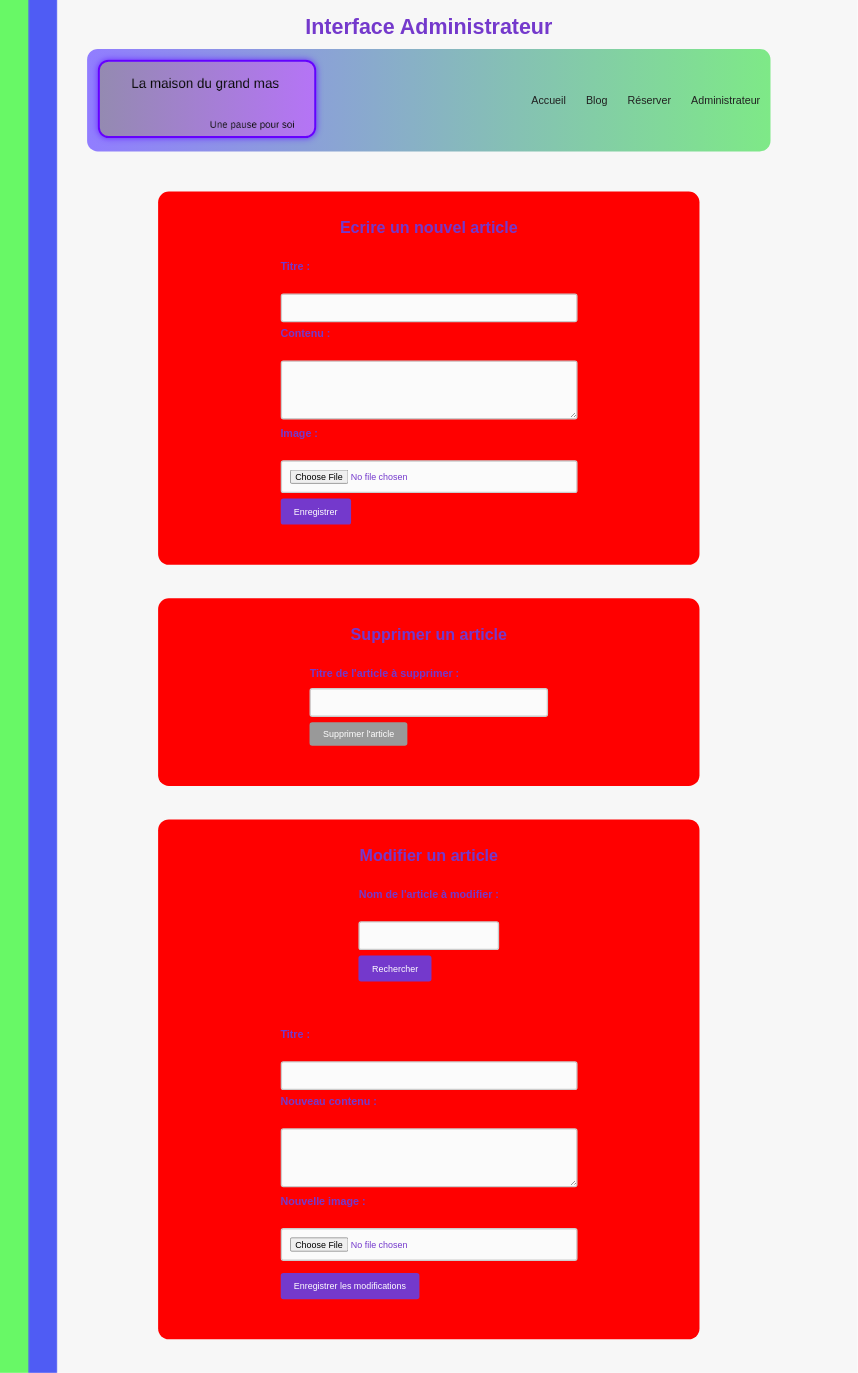
Repository: Crosnierpaul/Les_Rangers_de_Pouvoir
Page: http://localhost/adminBlog
These files come from the project's save history. The page is drawn as it stood at one moment and after a run of saves; the edit follows.
The browser window is 1280 px wide. The pictures show the whole page, at 67% of full size.
Backgrounds fixed to the window are drawn as part of the page. The page is served by the project's Node server (site/server.js). Other server files are loaded and not shown.

Above is the page before, as saved 2024-05-07 16:59:25.

### site/public/views/blogAdmin.ejs
<!DOCTYPE html>
<html lang="fr">
<head>
    <meta charset="UTF-8">
    <meta name="viewport" content="width=device-width, initial-scale=1.0">
    <title>Interface Administrateur</title>
    <link rel="stylesheet" href="/css/style.css">
    <link rel="stylesheet" href="/css/blogAdmin.css">
    <!-- Utilisation du chemin absolu pour le fichier CSS -->
</head>
<body>
        <h1>Interface Administrateur</h1>
        <%- include('navbarAdmin') %>


    <section class="containerBlog">
        <h2>Ecrire un nouvel article</h2>
        <form id="articleForm">
            <label for="title">Titre :</label><br>
            <input type="text" id="title" name="title" required><br>
            <label for="content">Contenu :</label><br>
            <textarea id="content" name="content" rows="4" cols="50" required></textarea><br>
            <label for="image">Image :</label><br>
            <input type="file" id="image" name="image"><br>
            <input type="submit" value="Enregistrer">
        </form>
    </section>

    <section class="containerBlog">
        <h2>Supprimer un article</h2>
         <form id="deleteArticleForm">
            <label for="articleTitleToDelete">Titre de l'article à supprimer :</label>
            <input type="text" id="articleTitleToDelete" name="articleTitleToDelete">
            <button type="submit">Supprimer l'article</button>
        </form>
    </section>

    <section class="containerBlog">
        <h2>Modifier un article</h2>
        <form id="searchArticleForm">
            <label for="searchTitle">Nom de l'article à modifier :</label><br>
            <input type="text" id="searchTitle" name="searchTitle" required><br>
            <input type="submit" value="Rechercher">
        </form>

        <form id="editArticleForm">
            <label for="editTitle">Titre :</label><br>
            <input type="text" id="editTitle" name="editTitle" readonly required><br>
            <label for="editContent">Nouveau contenu :</label><br>
            <textarea id="editContent" name="editContent" rows="4" cols="50" required></textarea><br>
            <label for="editImage">Nouvelle image :</label><br>
            <input type="file" id="editImage" name="editImage"><br>
            <input type="submit" value="Enregistrer les modifications" id="saveChanges">
        </form>
    </section>
</>

    <script src="/js/blogAdmin.js"></script> <!-- Utilisation du chemin absolu pour le fichier JavaScript -->
</body>
</html>

### site/public/views/navbarAdmin.ejs
<!DOCTYPE html>
<html lang="fr">
<head>
    <meta charset="UTF-8">
    <meta name="viewport" content="width=device-width, initial-scale=1.0">
    <title>Navbar</title>
    <link href="/css/navbar.css" rel="stylesheet">
</head>
<body>
    <header>
        <nav class="navbar navbar-expand-md navbar-light">
            <div class="container">
                <!-- Ajouter le bouton de bascule pour les petits écrans
                <button class="navbar-toggler" type="button" data-toggle="collapse" data-target="#navbarSupportedContent" aria-controls="navbarSupportedContent" aria-expanded="false" aria-label="Toggle navigation">
                    <span class="navbar-toggler-icon"></span>
                </button> -->
                <div class="collapse navbar-collapse justify-content-center" id="navbarSupportedContent">
                    <ul class="navbar-nav d-flex justify-content-start">
                        <li id="liLogo">
                            <img id="logo" src="/images/logo.png"/>
                        </li>
                        <li class="nav-item">
                            <a class="nav-link" href="/">Accueil</a>
                        </li>
                        <li class="nav-item">
                            <a class="nav-link" href="/blog">Blog</a>
                        </li>
                        <li class="nav-item">
                            <a class="nav-link" href="/entretien">Réserver</a>
                        </li>
                        <li class="nav-item">
                            <a class="nav-link" href="/admin">Administrateur</a>
                        </li>
                        </ul>
                    </div>
                </div>
            </div>
        </nav>
    </header>

    <!-- Inclure jQuery (requis pour Bootstrap JavaScript)
    <script src="https://ajax.googleapis.com/ajax/libs/jquery/3.5.1/jquery.min.js"></script>
    Inclure Bootstrap JavaScript
    <script src="https://stackpath.bootstrapcdn.com/bootstrap/4.5.2/js/bootstrap.bundle.min.js"></script> -->
</body>
</html>

<script>
    // Attendez que le DOM soit chargé
    document.addEventListener("DOMContentLoaded", function() {
        // Récupérez l'URL de la page actuelle
        var currentLocation = window.location.href.substring("http://localhost:3000".length);

        // Sélectionnez tous les liens de la navbar
        var navLinks = document.querySelectorAll('.navbar-nav .nav-item');

        // Parcourez chaque lien pour vérifier s'il correspond à la page active
        navLinks.forEach(function(navItem) {
            var link = navItem.querySelector('.nav-link');
            var linkHref = link.getAttribute('href');

            // Vérifiez si l'URL de la page actuelle correspond à l'URL du lien dans la navbar
            if (currentLocation === linkHref) {
                // Ajoutez la classe 'active' à l'élément parent (li) correspondant
                navItem.classList.add('active');
            }
        });
    });
</script>

### site/public/css/style.css

body {
    font-family: Arial, sans-serif;
    margin: 20px;
    padding: 0;
    background-image: url(../images/layered-waves-haikei.png);
    background-size: cover;
    background-repeat: no-repeat;
    background-attachment: fixed;
}

h1, h2 {
    text-align: center;
    margin-bottom: 5px;
    color: #7439cc;
}


form {
    margin-bottom: 30px;
}

label {
    display: block;
    margin-bottom: 5px;
    color: #7439cc;
}

input[type="text"],
textarea,
input[type="file"] {
    width: 100%;
    padding: 10px;
    margin-bottom: 15px;
    border: 1px solid #191919;
    border-radius: 4px;
    box-sizing: border-box;
    background-color: #fbfbfb;
    color: #7439cc;
}

input[type="submit"],
button[type="submit"] {
    display: inline-block;
    background-color: #999;
    color: #fff;
    padding: 10px 20px;
    margin-bottom: 10px;
    border: none;
    border-radius: 4px;
    cursor: pointer;
}

input[type="submit"]:hover,
button[type="submit"]:hover {
    background-color: #ccc;
    color: #333;
}

#clearArticles,
#deleteArticle {
    margin-right: 10px;
}

@media (max-width: 480px) {
    #deleteArticle,
    #deleteLastArticle {
        width: 100%;
        display: block;
        margin-right: 0;
    }
}

#articlesList {
    background-color: #333;
}

/*------------------------- CONTAINER ET INFOS INFOS ACCUEIL ---------------------------------------------*/

.bordertitle {
    border-bottom: 4px solid #e9de02;
    border-top: 4px solid #e9de02;
    box-shadow: #e9de024e -5px 5px, rgba(240, 46, 170, 0.3) -10px 10px, rgba(240, 46, 170, 0.2) -15px 15px, rgba(240, 46, 170, 0.1) -20px 20px, rgba(240, 46, 170, 0.05) -25px 25px;
}


.containerindex {
    display: flex;
    flex-direction: column;
    min-width: 40em;
    max-width: 120em;
    align-items: center;
    border-radius: 48px 10px 46px 10px;
    -webkit-border-radius: 48px 10px 46px 10px;
    -moz-border-radius: 48px 10px 46px 10px;
    background-image: url(../images/blob-scene-haikei.png);
    background-repeat: no-repeat;
    background-size: cover;
}
.row {
    display: flex;
    justify-content: center; /* Espacement égal entre les éléments */
    width: 100%;
}

.card {
    --background: linear-gradient(to left, #7439cc 0%, #1ae42b 100%);
    max-width: 100%;
    max-height: 100%;
    padding: 5px;
    border-radius: 1rem;
    overflow: visible;
    background: #f7ba2b;
    background: var(--background);
    position: relative;
    z-index: 1;
    margin: 20px;
    margin-top: 15px;
}

.card::after {
    position: absolute;
    content: "";
    top: 30px;
    left: 0;
    right: 0;
    z-index: -1;
    height: 100%;
    width: 100%;
    transform: scale(0.8);
    filter: blur(25px);
    background: #f7ba2b;
    background: var(--background);
    transition: opacity .5s;
}

.card-info {
    --color: #f4f4f4;
    background: var(--color);
    color: var(--color);
    display: flex;
    flex-direction: column; /* Affichage en colonnes */
    justify-content: center;
    align-items: center;
    width: 100%;
    height: 100%;
    overflow: visible;
    border-radius: .7rem;
}

.card .title {
    font-weight: bold;
}

/*Hover*/
.card:hover::after {
    opacity: 0;
}

.card:hover .card-info {
    color: #f7ba2b;
    transition: color 1s;
}

/* Ajouter un espace de 25px entre les deux cartes du haut */
.row:first-child .col-6 {
    margin-right: 25px;
}

/* Centrer la carte du bas */
.row:last-child {
    justify-content: center;
}

.row {
    display: flex;
    justify-content: center;
    width: 100%;
    flex-direction: row;
    flex-wrap: nowrap;
    align-content: center;
    align-items: center;
}


/*------------------------- ONEPAGE ---------------------------------------------*/

body {
    font-family: Arial, sans-serif;
    margin: 0;
    padding: 0;
    box-sizing: border-box;
    overflow-x: hidden; /* Empêche le défilement horizontal d'apparaître */
}

.navbarHori {
    position: fixed;
    top: 50%; /* Positionne la barre de navigation à 50% du haut de la fenêtre */
    transform: translateY(-50%); /* Déplace la barre de navigation vers le haut de moitié de sa propre hauteur */
    right: 10px; /* Ajoute un espace à droite pour éviter le chevauchement avec la barre de défilement */
    width: 20px; /* Largeur réduite de la barre de navigation */
    height: calc(100vh - 50vh); /* Hauteur de la barre de navigation (100% de la hauteur moins 50% de la hauteur) */
    background-color: rgb(156, 255, 164);
    display: flex;
    flex-direction: column;
    align-items: center;
    justify-content: center;
    border-radius: 15px;
    opacity: 0.2; /* Définit l'opacité initiale à 0 (invisible) */
    transition: opacity 0.3s ease; /* Ajoute une transition sur l'opacité */
}

.navbarHori:hover {
    opacity: 1; /* Rend la barre de navigation visible au survol */
}

.navbarHori a {
    text-decoration: none;
    margin-bottom: 18px; /* Réduit légèrement l'espacement entre les points */
    width: 10px; /* Largeur réduite du point */
    height: 10px; /* Hauteur réduite du point */
    border-radius: 50%; /* Pour rendre le point rond */
    background-color: #fff;
    display: flex;
    align-items: center;
    justify-content: center;
    transition: transform 0.2s ease; /* Ajoute une transition sur la propriété transform */
}

.navbarHori a:hover {
    transform: scale(0.9); /* Réduit légèrement la taille du point au survol */
}

.navbarHori a:active {
    transform: scale(0.8); /* Réduit davantage la taille du point lorsque pressé */
    /* background-color: #666; /* Change la couleur de fond du point lorsque pressé */
    opacity: 0;
}

.baniere {
    display: flex;
    flex-direction: column;
    align-items: center;
    justify-content: center;
    padding: 50px;
    margin: 1em;
    background-image: url(https://www.barnes-international.com/images/titres_personnalises/-titre-lhYBl.jpg);
    height: 60vh;
    border-radius: 1em;
}

.section {
    display: flex;
    flex-direction: column;
    align-items: center;
    padding: 50px;
    margin-top: 80px;
    /* background-image: url(https://img.freepik.com/vecteurs-premium/fond-remplissage-motif-repetition-sans-soudure_74869-1234.jpg?size=626&ext=jpg&ga=GA1.1.1413502914.1713571200&semt=ais); */
    /* --background: linear-gradient(to bottom, #ffffff 0%, #999999 100%);
    background: var(--background); */
    background-color: #eeeeee00;
    max-height: 400vh;
    min-height: 100vh;
}

.section h1 {
    text-align: center;
    margin-top: -20px;
    margin-bottom: 20px;
    color : #7439cc;
}

.section ul {
    list-style-type: none;
    padding: 0;
    margin: 0;
}

.section ul li {
    margin-right: 1em;
    margin-left: 1em;
    position: relative;
    padding-left: 20px;
    margin-bottom: 8px;
    font-size: 18px; /* Taille de texte ajustée */
    line-height: 1.6;
    color: #7439cc;
    font-family: "Arial", sans-serif; /* Changement de police */
}

/* Affiche la section correspondante lorsqu'un point est survolé */
.navbarHori a:hover::before {
    content: attr(data-section); /* Affiche le nom de la section */
    position: absolute;
    right: 180%; /* Positionne le texte à gauche de la barre de navigation */
    background-color: rgba(255, 255, 255, 0.9); /* Couleur de fond du texte */
    padding: 5px;
    border-radius: 5px;
    font-size: 14px;
    white-space: nowrap;
}

@media (max-width: 768px) { /* Ajout de la règle media query pour les tailles de vue inférieures à 768px, qui est généralement utilisée pour les tablettes et les téléphones */
    .navbarHori {
        position: fixed;
        top: 50%;
        transform: translateY(-50%); /* Déplace la barre de navigation vers le haut de moitié de sa propre hauteur */
        height: auto;
        transform: none; /* Supprime la transformation de translation */
        opacity: 1; /* Rend la barre de navigation toujours visible */
        background-color: rgb(156, 255, 164); /* Couleur de fond */
    }

    .navbarHori:hover,
    .navbarHori a:hover,
    .navbarHori a:active {
        transform: none; /* Supprime la transformation au survol ou à l'activation */
        opacity: 1; /* Rend la barre de navigation toujours visible */
    }

    .navbarHori a::before {
        display: none; /* Cache le texte de section avant le survol */
    }
}

#articlesList div {
    background-color: #f9f9f9;
    border-radius: 1em;
    margin: 1em;
    padding-top: 2vh;
    padding-bottom: 2vh;
    padding-left: 5vh;
    padding-right: 5vh;
}

#articlesList p, #articlesList h2 {
    color: #7439cc;
}

#articlesList {
    background-color: transparent;
}

### site/public/css/blogAdmin.css

/* Style pour le formulaire d'ajout d'article */
#articleForm {
    margin-top: 30px;
}

/* Style pour le formulaire de suppression d'article */
#deleteArticleForm {
    margin-top: 30px;
}

/* Style pour le formulaire de recherche d'article */
#searchArticleForm {
    margin-top: 30px;
}

/* Style pour le formulaire de modification d'article */
#editArticleForm {
    margin-top: 30px;
}

/* Style pour les étiquettes des formulaires */
label {
    font-weight: bold;
}
/* Styles pour les sections */
.containerBlog {
    margin: 50px auto; /* Ajoute une marge en haut et en bas et centre horizontalement */
    background-color: red;
    width: 60%;
    display: flex;
    flex-direction: column;
    align-items: center;
    padding: 20px; /* Ajoute un peu d'espace intérieur */
    border-radius: 1em;
}


/* Style pour les titres des sections */
h1, h2 {
    text-align: center;
}

/* Style pour les champs de saisie et les zones de texte */
input[type="text"],
input[type="file"],
textarea {
    width: 100%;
    padding: 12px;
    margin: 8px 0;
    box-sizing: border-box;
    border: 2px solid #ccc;
    border-radius: 4px;
    outline: none;
    transition: border-color 0.3s;
}

/* Style pour les champs de saisie et les zones de texte au survol */
input[type="text"]:focus,
input[type="file"]:focus,
textarea:focus {
    border-color: #7439cc;
}

/* Style pour les boutons */
input[type="submit"],
button {
    background-color: #7439cc;
    color: white;
    padding: 12px 20px;
    border: none;
    border-radius: 4px;
    cursor: pointer;
    transition: background-color 0.3s;
}

/* Style pour les boutons au survol */
input[type="submit"]:hover,
button:hover {
    background-color: #5f2982;
}
/* Style pour les boutons de modification */
#saveChanges {
    margin-top: 10px;
}

/* Style pour les messages d'erreur */
.error {
    color: red;
    margin-top: 5px;
}

.customForm {
    width: 80%; /* Ajuste la taille du formulaire à 80% de la section */
}

### site/public/css/navbar.css
.start-header {
	opacity: 1;
	transform: translateY(0);
	padding: 20px 0;
	box-shadow: 0 10px 30px 0 rgba(138, 155, 165, 0.15);
	-webkit-transition : all 0.3s ease-out;
	transition : all 0.3s ease-out;
}

.start-header.scroll-on {
	box-shadow: 0 5px 10px 0 rgba(138, 155, 165, 0.15);
	padding: 10px 0;
	-webkit-transition : all 0.3s ease-out;
	transition : all 0.3s ease-out;
}

.start-header.scroll-on .navbar-brand img{
	height: 24px;
	-webkit-transition : all 0.3s ease-out;
	transition : all 0.3s ease-out;
}

.navigation-wrap{
	position: fixed;
	width: 100%;
	top: 0;
	left: 0;
	z-index: 1000;
	-webkit-transition : all 0.3s ease-out;
	transition : all 0.3s ease-out;
}

.navbar {
    padding: 10px 0;
    display: flex;
    justify-content: center;
	margin-left: 1em;
  	margin-right: 1em;
}

.navbar-toggler {
	float: right;
	border: none;
	padding-right: 0;
	padding-left: 0;

}

.navbar-toggler:active,
.navbar-toggler:focus {
	outline: none;
}

.navbar-light .navbar-toggler-icon {
	width: 24px;
	height: 17px;
	background-image: none;
	position: relative;
	border-bottom: 1px solid #000;
    transition: all 300ms linear;
}

.navbar-light .navbar-toggler-icon:after,
.navbar-light .navbar-toggler-icon:before{
	width: 24px;
	position: absolute;
	height: 1px;
	background-color: #000;
	top: 0;
	left: 0;
	content: '';
	z-index: 2;
    transition: all 300ms linear;
}

.navbar-light .navbar-toggler-icon:after{
	top: 8px;
}

.navbar-toggler[aria-expanded="true"] .navbar-toggler-icon:after {
	transform: rotate(45deg);
}

.navbar-toggler[aria-expanded="true"] .navbar-toggler-icon:before {
	transform: translateY(8px) rotate(-45deg);
}

.navbar-toggler[aria-expanded="true"] .navbar-toggler-icon {
	border-color: transparent;
}

.nav-link{
	color: #212121 !important;
	font-weight: 500;
    transition: all 200ms linear;
}

.nav-item.active .nav-link{
	color: #7439cc  !important;
}

/* LIGNE SOUS LIEN APRES SOURIS DESSUS */

.nav-link {
	position: relative;
	padding: 5px 0 !important;
	display: inline-block;
}

.nav-item:after {
	position: absolute;
	bottom: -5px;
	left: 0;
	width: 100%;
	height: 2px;
	content: '';
	background-color: #7439cc ;
	opacity: 0;
    transition: all 200ms linear;
}

/* FIN LIGNE SOUS LIEN */

.nav-item:hover:after{
	bottom: 0;
	opacity: 1;
}

.nav-item.active:hover:after{
	opacity: 0;
}

.nav-item {
    position: relative;
    transition: all 200ms linear;
    padding: 1em;
    text-align: center;
}

/* .nav-item.active .nav-link {
    color: #007bff; /* Changez cette couleur pour mettre en évidence l'élément actif
} */

.navbar-brand {
    margin-right: auto;
    margin-left: auto;
}

/* Ajoutez ces styles pour supprimer les puces des éléments li */
.navbar-nav {
    display: flex;
    justify-content: center;
    align-items: center;
    padding-left: 0; /* Supprime le décalage à gauche de la liste */
}

.navbar-nav .nav-item {
    padding: 0 15px;
    list-style: none; /* Supprime les puces */
}

.navbar-nav .nav-link {
    color: #212121 !important;
    font-weight: 500;
    transition: all 200ms linear;
}

.navbar-nav .nav-item:hover .nav-link {
    color: #7439cc !important;
}

/* Modifiez les styles des liens de navigation pour ressembler à du texte normal */
.nav-link {
    color: #212121 !important;
    font-weight: 500;
    transition: all 200ms linear;
    text-decoration: none; /* Supprime le soulignement par défaut des liens */
    cursor: pointer; /* Change le curseur en pointeur au survol */
}

.container {
	--background: linear-gradient(to right, #917dff 0%, #7ee987 100%);
    margin: 0px;
	min-height: 15vh;
	min-width: 60%;
	max-width: max-content;
	background: var(--background);
	border-radius: 1em;
}

.purple {
	color: #7439cc;
}

#logo {
	width: 20em;
	border: 3.5px solid #6600ff;
	border-radius: 1em;
	margin-left:  1em;
	margin-right: 19.1em;
	--background: linear-gradient(to right, #948ab1 0%, #b574f6 100%);
	background: var(--background);
	box-shadow: 0 0 10px 0 rgb(106, 43, 255);
}

#liLogo {
    list-style: none;
}

.nav-item.active:after {
	position: absolute;
	bottom: 0;
	left: 0;
	width: 100%;
	height: 2px;
	content: '';
	background-color: #7439cc ;
	opacity: 1;
}

.rs {
	margin-left: 18em;
	display: inherit;
}

.rs .nav-item {
	margin-left: 5px;
	margin-right: 5px;
}

/* Styles pour les écrans plus petits que 768px */
@media (max-width: 1000px) {
    .navbar {
        flex-direction: column; /* Afficher les éléments de la navbar en colonne */
        align-items: center; /* Centrer les éléments */
    }

    .navbar-nav {
        flex-direction: column; /* Afficher les éléments de la navbar en colonne */
        align-items: center; /* Centrer les éléments */
    }

    .navbar-toggler {
        order: -1; /* Mettre le bouton de bascule en haut */
        margin-bottom: 10px; /* Ajouter un espace entre le bouton de bascule et les liens */
    }

    .rs {
        margin-left: 0; /* Réinitialiser la marge pour les icônes de réseaux sociaux */
        text-align: center; /* Centrer les icônes de réseaux sociaux */
    }
}

/*Styles pour les écrans plus petits que 576px */
@media (max-width: 576px) {
    .navbar-brand {
        margin: 0; /* Réinitialiser la marge pour le logo */
    }

    #logo {
        width: 98.3%; /* Faire en sorte que le logo occupe toute la largeur */
        margin: 0; /* Réinitialiser la marge */
    }

    .rs {
        display: flex; /* Afficher les icônes de réseaux sociaux en ligne */
        justify-content: center; /* Centrer les icônes de réseaux sociaux */
    }

    .rs .nav-item {
        margin: 0 5px; /* Ajouter un espacement horizontal entre les icônes de réseaux sociaux */
    }
}

.tel {
	margin-top: 5px;
}

Loaded but not shown: site/public/js/blogAdmin.js (188 lines, source omitted); site/server.js (72 lines, source omitted)

After the next 2 saves:
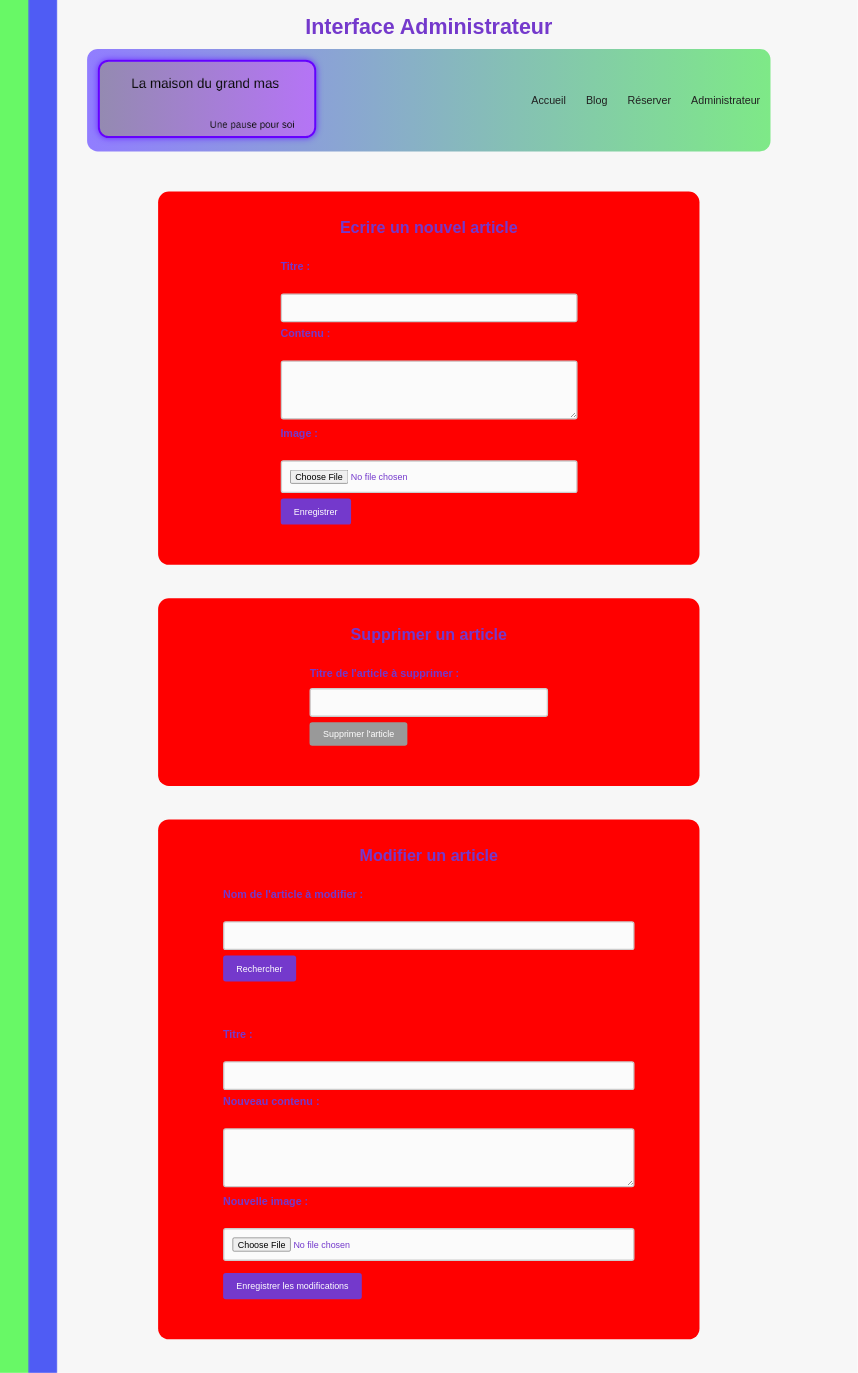
The 2 saves are shown as one change because they came seconds apart.
The last was saved 19 s later.
--- a/site/public/views/blogAdmin.ejs
+++ b/site/public/views/blogAdmin.ejs
@@ -37,13 +37,13 @@
 
     <section class="containerBlog">
         <h2>Modifier un article</h2>
-        <form id="searchArticleForm">
+        <form id="searchArticleForm" class="customForm">
             <label for="searchTitle">Nom de l'article à modifier :</label><br>
             <input type="text" id="searchTitle" name="searchTitle" required><br>
             <input type="submit" value="Rechercher">
         </form>
 
-        <form id="editArticleForm">
+        <form id="editArticleForm" class="customForm">
             <label for="editTitle">Titre :</label><br>
             <input type="text" id="editTitle" name="editTitle" readonly required><br>
             <label for="editContent">Nouveau contenu :</label><br>
